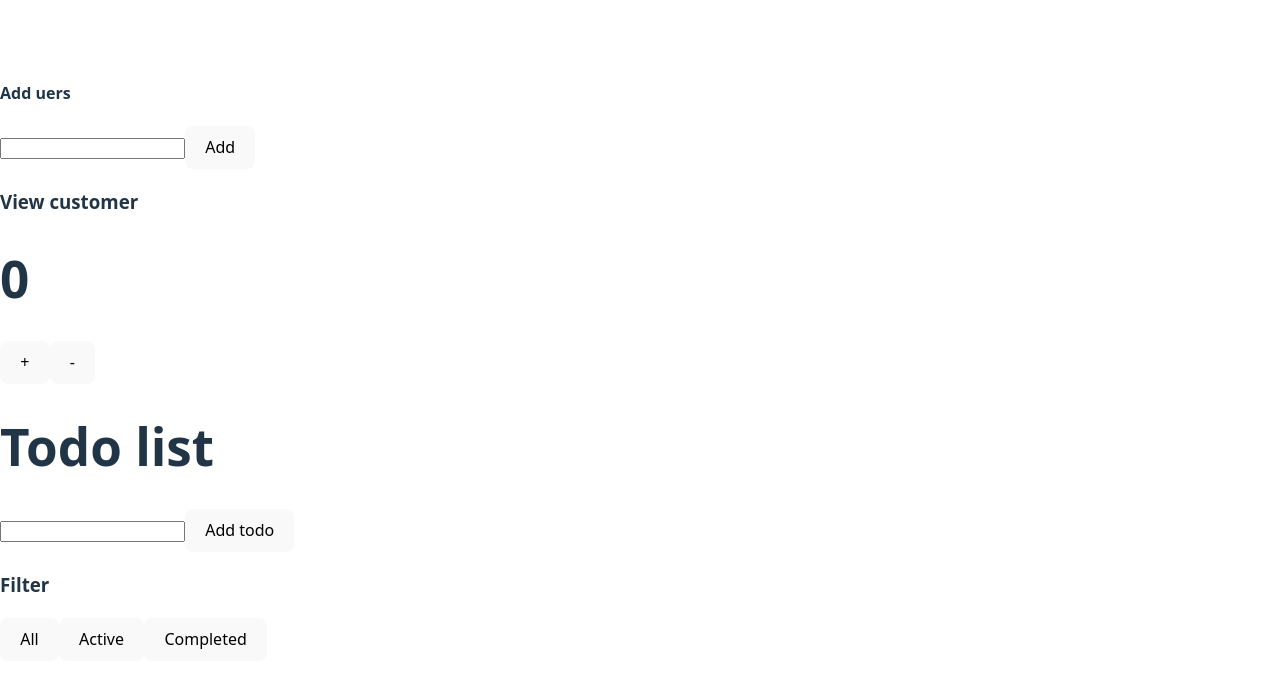
Repository: Sudharsan-3/redux
Page: / (app in vite-project/)
An editor plug-in stored every save of this project. The page is shown before and after the next save, followed by the edit.
The browser window is 1280 px wide. The pictures show the whole page.
The project was rebuilt for these pictures with package versions that can differ from the ones it lists, and the page was loaded fresh each time. Also part of the build but not shown: vite-project/vite.config.js, vite-project/src/components/TODO/TodoItem.jsx.

Above is the page before, as saved 2025-07-03 12:20:53.

### vite-project/src/main.jsx
import { createRoot } from 'react-dom/client'
import './index.css'
import App from './App.jsx'

createRoot(document.getElementById('root')).render(

    <App />

)

### vite-project/src/App.jsx
import React from 'react'
import CustomerAdd from './components/CustomerAdd'
import {Provider} from 'react-redux'
import { store } from './store/store'
import CustomerView from './components/CustormerView'
import Counter from './components/Counter'

import ToDo from './components/TODO/ToDo'
const App = () => {
  return (
    <div>
      <Provider store={store}>
        <CustomerAdd />
        <CustomerView />
        <Counter />
        <h1>Todo list</h1>
        <ToDo />
      </Provider>


    </div>
  )
}

export default App

### vite-project/src/components/CustomerAdd.jsx
import React, { useState } from 'react'

import { addCustomer } from '../slice/coustomerSclie'
import { useDispatch } from 'react-redux'

export default function CustomerAdd() {
  const [input,setInput] = useState("")
  const dispatch =useDispatch()
  // const [add,setAdd] = useState([])
  const handelClick = ()=>{
    if (input){
      console.log("i got clicked")
      // setAdd((previous)=>[...previous,input])
    dispatch(addCustomer(input))
      setInput("");

    }
  }
  return <><div>
        <h4>Add uers</h4>
        <div>
            <input value={input} onChange={(e)=> setInput(e.target.value) } />
            <button onClick={handelClick}>Add</button>
        </div>

    </div>

  </>
  }

### vite-project/src/store/store.js
import {configureStore} from "@reduxjs/toolkit"
import customerReducer from "../slice/coustomerSclie"
import  counterReducer  from "../slice/counter"
import todoReducer from "../slice/todo"
export const store = configureStore({
    devTools:true,
    reducer:{
        custormers : customerReducer,
        counter : counterReducer,
        todos:todoReducer,
    }
})

### vite-project/src/components/CustormerView.jsx
import { useDispatch, useSelector } from "react-redux"
import { deletCustomer } from "../slice/coustomerSclie"

export default function CustomerView(){
   const customer =  useSelector((state)=>state.custormers)
   const dispatch = useDispatch()
   console.log(customer,"from customer view")
   function deleteHandel(i){
    console.log(i)
    dispatch(deletCustomer(i))


   }
    return <div>
        <h3>View customer </h3>

            <ul style={{listStyle:'none'}}>
                {customer.map((e,i)=>
                     <li key={i}>
                        {e}
                        <button onClick={()=> deleteHandel(i)}>Delete</button>

                </li>
                )}

            </ul>

    </div>
}

### vite-project/src/components/Counter.jsx
import React from 'react'
import { useSelector } from 'react-redux'
import { useDispatch } from 'react-redux'
import { decrement, increment } from '../slice/counter'

const Counter = () => {
  const count = useSelector((state)=>state.counter.value)
  const dispatch = useDispatch()
  console.log(count)

  return (
    <div>
        <h1>{count}</h1>
        <button onClick={()=> dispatch(increment())} >+</button>
        <button onClick={()=> dispatch(decrement())} >-</button>

    </div>
  )
}

export default Counter

### vite-project/src/components/TODO/ToDo.jsx
import React from 'react'

import ToDoFilter from './ToDoFilter'
import ToDoInput from './ToDoInput'
import TodoList from './Todolist'

const ToDo = () => {
  return (
    <div>

        <ToDoInput />

        <ToDoFilter />
        <TodoList />

    </div>
  )
}

export default ToDo

### vite-project/src/slice/coustomerSclie.js
import { createSlice } from "@reduxjs/toolkit";

const initialState = [];

const custormerSlice = createSlice({
    name:'customer',
    // initialState : (value=[])
    initialState,
    reducers:{
       addCustomer(state,action){
        state.push(action.payload)

       } ,
       deletCustomer(state,action){
        const deleteIndex = action.payload
        return state.filter((value,index)=> index !== deleteIndex)

       }
    }
})

export const {addCustomer ,deletCustomer} = custormerSlice.actions
export default custormerSlice.reducer

### vite-project/src/slice/counter.js
import { createSlice } from "@reduxjs/toolkit";



export const counter = createSlice({
    name:'counter',
    initialState :{value: 0 },
    reducers:{
        increment:(state)=>{
             state.value+=1

        },
        decrement:(state)=>{
             state.value-=1

        },
    }
})

export const{increment,decrement} = counter.actions
export default counter.reducer

### vite-project/src/slice/todo.js
import { createSlice } from "@reduxjs/toolkit";
const initialState = []

const todo =  createSlice({
    name:"todo",
    initialState,
    reducers:{
        addItems(state,action){
             state.push(action.payload)
        }
    }
})


export const{addItems}=todo.actions

export default todo.reducer

### vite-project/src/components/TODO/ToDoFilter.jsx
import React from 'react'

const ToDoFilter = () => {
  return (
    <div>
    <h3>
        Filter
    </h3>
    <button value={"all"} >All</button>
    <button value={"active"} >Active</button>
    <button value={"completed"} >Completed</button>

    </div>
  )
}

export default ToDoFilter

### vite-project/src/components/TODO/ToDoInput.jsx
import React, { useState } from 'react'
import { addItems } from '../../slice/todo'
import { useDispatch } from 'react-redux'
import { useSelector } from 'react-redux'


const ToDoInput = () => {
    const [input,setInput] = useState("")
    const data = useSelector((state)=>state.todos)
    const dispatch = useDispatch()
    const handelClick =()=>{
       console.log(input)
       if(input){
        console.log(input) ;
        if(data.length <0){
          dispatch(
            addItems(
              {"id":1,
            "text":input,
            "completed":false
          }))
        }
        let index = data.length
        dispatch(
          addItems(
            {"id":index+1,
          "text":input,
          "completed":false
        }))

      }
        setInput("")

    }
  return (
    <div>
        <input value={input} onChange={(e)=>setInput(e.target.value)} type="text" />
        <button onClick={handelClick}>Add todo</button>

    </div>
  )
}

export default ToDoInput

### vite-project/src/components/TODO/Todolist.jsx
import React, { use, useState } from 'react'

import { useSelector } from 'react-redux'
import TodoItem from './TodoItem'

const TodoList = () => {
     const [filter , setFilter] = useState("")
     const [todo ,setTodo ] =useState([])
    const data = useSelector((state)=>state.todos)
    console.log(todo)
    if(data){
        if(filter === "all"){
            setTodo(data)
        }else if(filter === "active"){
        const filterVlaue = data.filter((v)=> v.completed  === false )
        setTodo(filterVlaue)
    }else if(filter === "completed"){
        const filterVlaue = data.filter((v)=> v.completed  === true )
        setTodo(filterVlaue)
    }
    }

  return (
    <div>
        {
            todo.map((todo)=> <TodoItem key={todo.id}  todo={todo} /> )
        }



    </div>
  )
}

export default TodoList

Loaded but not shown: vite-project/index.html (common file); vite-project/src/index.css (common file)

After the next save:
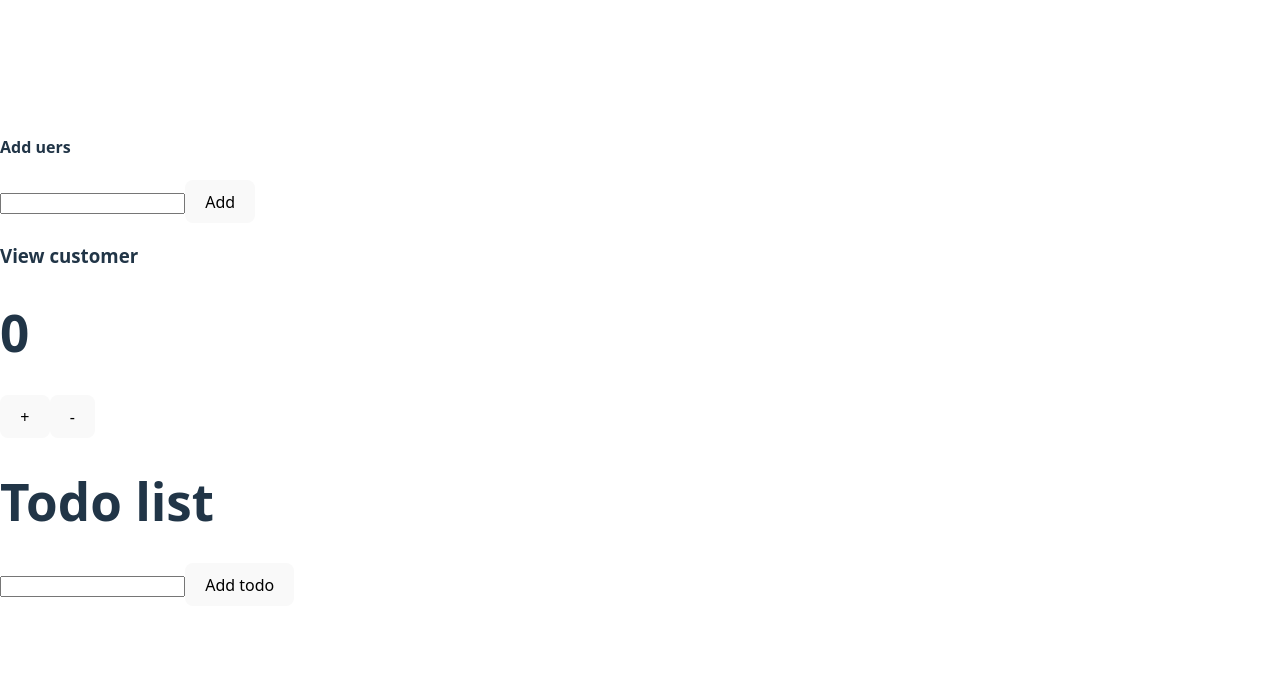
Saved 32 s later.
--- a/vite-project/src/components/TODO/ToDo.jsx
+++ b/vite-project/src/components/TODO/ToDo.jsx
@@ -1,6 +1,6 @@
 import React from 'react'
 
-import ToDoFilter from './ToDoFilter'
+
 import ToDoInput from './ToDoInput'
 import TodoList from './Todolist'
 
@@ -10,7 +10,7 @@ const ToDo = () => {
 
         <ToDoInput />
 
-        <ToDoFilter />
+
         <TodoList />
 
     </div>

After the save that followed:
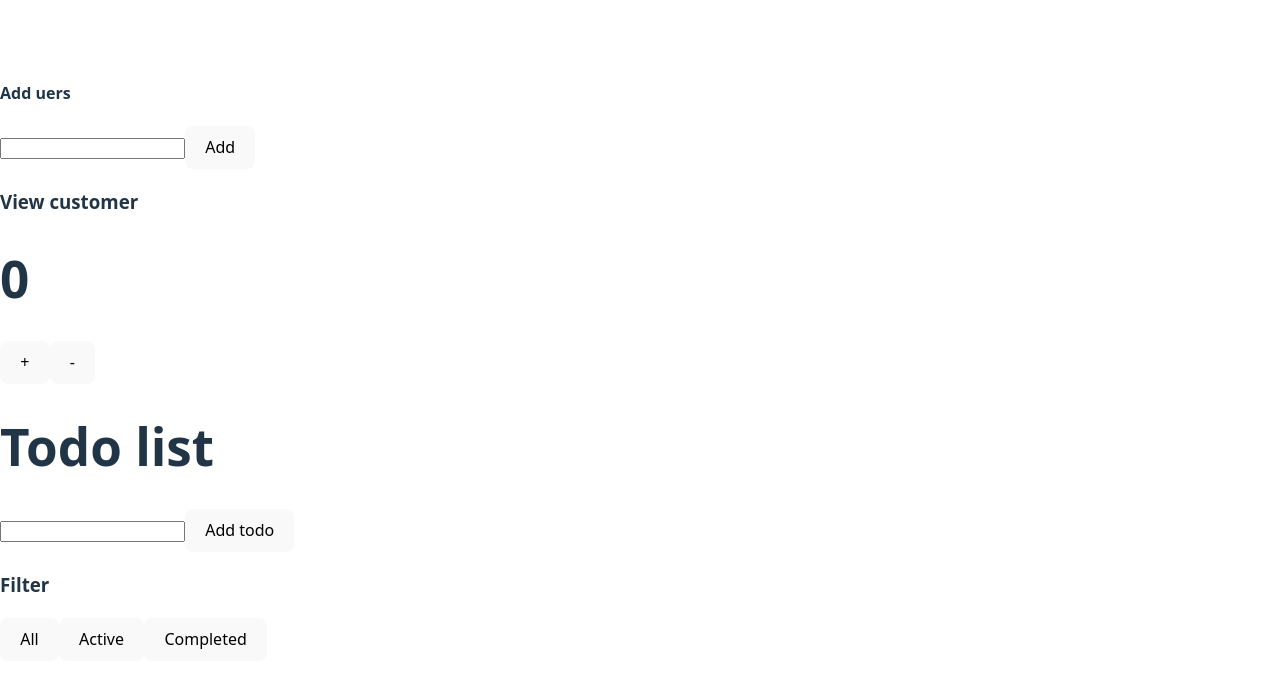
Saved 17 s later.
--- a/vite-project/src/components/TODO/Todolist.jsx
+++ b/vite-project/src/components/TODO/Todolist.jsx
@@ -2,6 +2,7 @@ import React, { use, useState } from 'react'
 
 import { useSelector } from 'react-redux'
 import TodoItem from './TodoItem'
+import ToDoFilter from './ToDoFilter'
 
 const TodoList = () => {
      const [filter , setFilter] = useState("")
@@ -26,6 +27,7 @@ const TodoList = () => {
             todo.map((todo)=> <TodoItem key={todo.id}  todo={todo} /> )
         }
 
+                      <ToDoFilter />
 
 
     </div>
